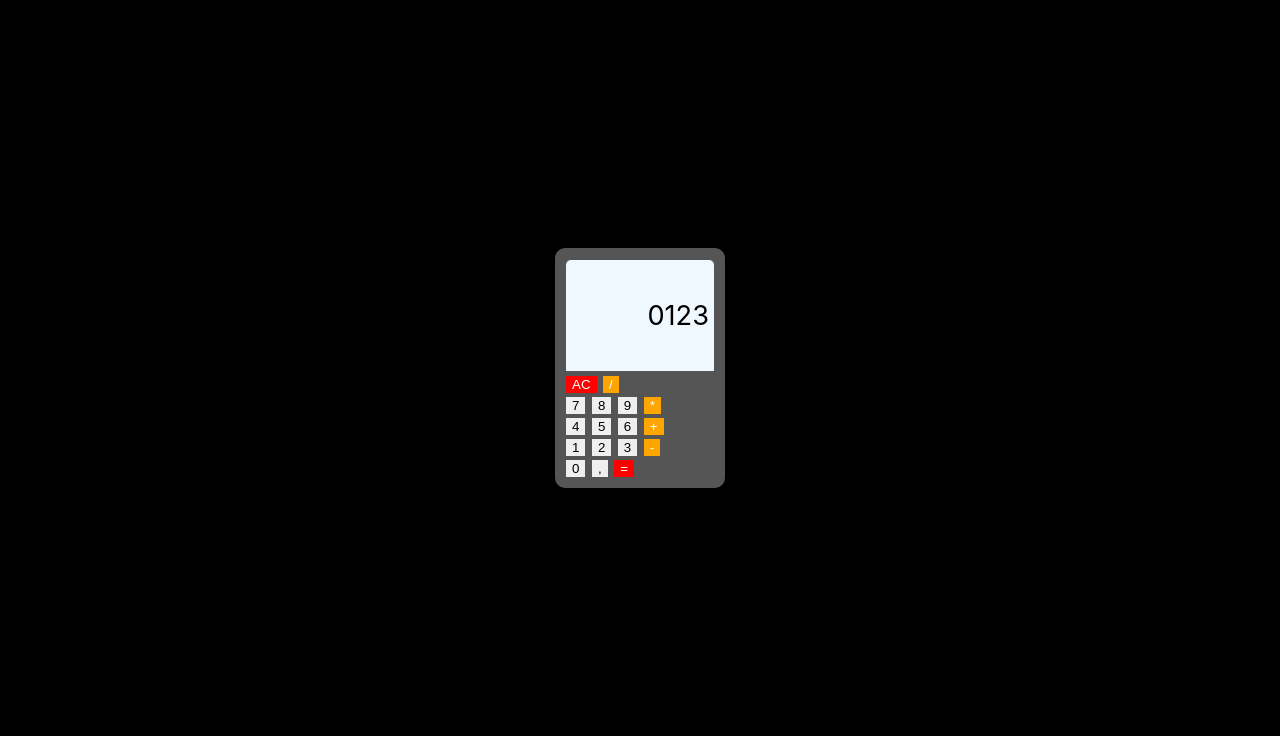
Repository: andersonxoliveira/Aplicacao_Calculadora
Page: /
These files come from the project's save history. The page is drawn as it stood at one moment and after the next save; the edit follows.
The browser window is 1280 px wide. The pictures show the whole page.
The project was rebuilt for these pictures with package versions that can differ from the ones it lists, and the page was loaded fresh each time. Also part of the build but not shown: svelte.config.js, vite.config.ts.

Above is the page before, as saved 2022-06-26 18:35:06.

### src/App.svelte
<script lang="ts">
import Calculadora from "./components/Calculadora.svelte";


</script>

<main>
        <Calculadora />
</main>

<style>
:global(body) {
  background-color: black;
}

  :root {
    --cor-fundo: #555 ;
    font-family: -apple-system, BlinkMacSystemFont, 'Segoe UI', Roboto, Oxygen,
      Ubuntu, Cantarell, 'Open Sans', 'Helvetica Neue', sans-serif;
  }

  main {
   display: flex;
   justify-content: center;
   align-items: center;
   height:  100vh;
  }

</style>

### src/components/Calculadora.svelte
<script lang="ts">
import Botao from "./Botao.svelte";
import Display from "./Display.svelte";
import Linha from "./Linha.svelte";

</script>
<div class="calculadora">
 <Display valor="0123"/>
  <Linha >
    <Botao destaque triplo texto="AC"/>
    <Botao operacao texto="/"/>
</Linha>
  <Linha >
             <Botao texto="7"/>
             <Botao texto="8"/>
              <Botao texto="9"/>
              <Botao operacao texto="*"/>
      </Linha>
      <Linha >
        <Botao texto="4"/>
        <Botao texto="5"/>
         <Botao texto="6"/>
         <Botao operacao texto="+"/>
 </Linha>
 <Linha >
  <Botao texto="1"/>
  <Botao texto="2"/>
   <Botao texto="3"/>
   <Botao operacao texto="-"/>
</Linha>
<Linha >
  <Botao duplo texto="0"/>
  <Botao texto=","/>
   <Botao destaque texto="="/>
  </Linha>
</div>

<style>
      .calculadora {
        background-color: var(--cor-fundo);
        height:  220px;
        width:  150px;
        padding:  10px;
        border-radius:  10px;

        display: flex;
        flex-direction:  column;
      }
</style>

### src/components/Botao.svelte
<script lang="ts">
      export let texto: string
      export let triplo: boolean = false
      export let duplo: boolean = false
      export let operacao: boolean = false
      export let destaque: boolean = false
</script>

<button class= "botao"
class:triplo class:duplo class:operacao class:destaque>
{texto}
</button>

<style>
        .botao {
            margin:  0;
            border:  1px solid var(--cor-fundo);
              flex-basis:  25%;
        }

          .triplo {
            flex-basis:  75%;
          }

          .duplo {
            flex-basis:  50%;
          }

          .operacao {
           background-color: orange;
           color: white;
          }

          .destaque {
            background-color: red;
            color: white;
          }
</style>

### src/components/Display.svelte
<script lang="ts">
      export let valor: string

      $: tamanhoFonte = valor.length > 20 ? 'pequena' : `s-${valor}`
</script>

<div class={`tela ${tamanhoFonte}`}>
        <span>{valor}</span>
</div>

<style>
  .tela {
    display: flex;
    flex: 1;
    justify-content: flex-end;
    align-items: center;
    padding: 0px 5px;
    font-size: 1.7rem;
    background-color: aliceblue;
    overflow: hidden;
    margin: 2px 1px;
    border-top-right-radius: 5px;
    border-top-left-radius: 5px;
  }

  .s-10 { font-size: 1.4rem;}
  </style>

### src/components/Linha.svelte
<div class="linha">
        <slot />
</div>

<style>
      .linha {
        display: felx;
      }
</style>

Loaded but not shown: index.html (common file); src/main.ts (common file)

After the next save:
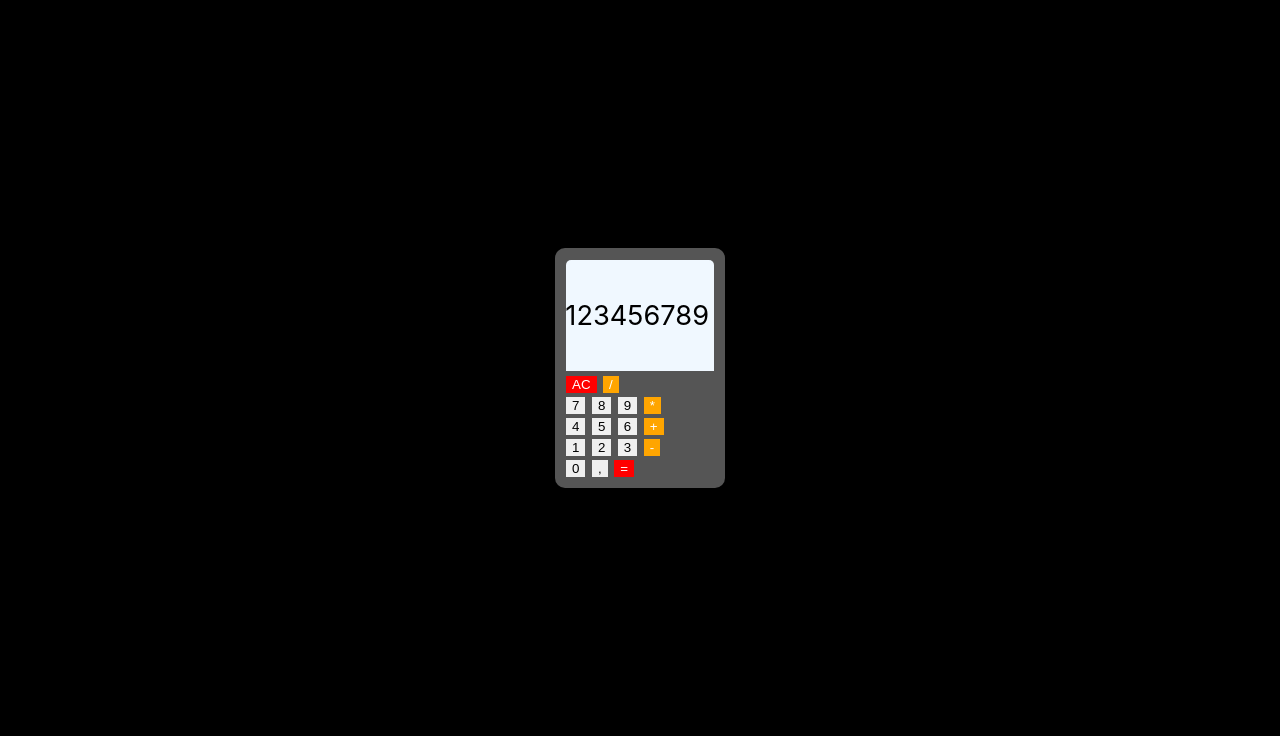
Saved 2 min 22 s later.
--- a/src/components/Calculadora.svelte
+++ b/src/components/Calculadora.svelte
@@ -5,7 +5,7 @@ import Linha from "./Linha.svelte";
 
 </script>
 <div class="calculadora">
- <Display valor="0123"/>
+ <Display valor="0123456789"/>
   <Linha >
     <Botao destaque triplo texto="AC"/>
     <Botao operacao texto="/"/>
